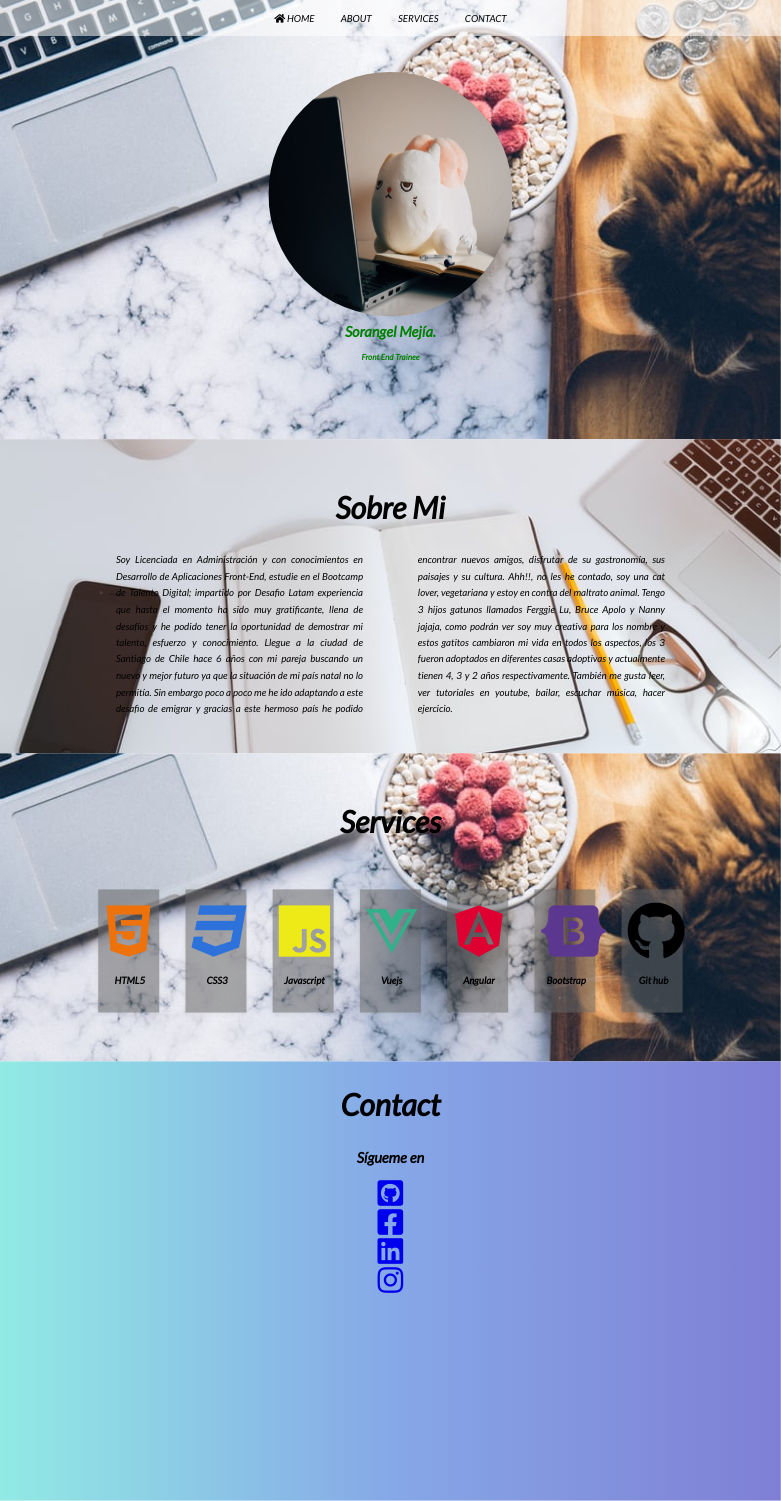
Repository: sory2311/portfolio-css
Page: index.html
The author's editor kept a copy of each file at every save. The page is drawn from the files as they stood at one save, then again after the next save.
The browser window is 1280 px wide. The pictures show the whole page, at 61% of full size.
Backgrounds fixed to the window are drawn as part of the page. Some web libraries are served in a nearby version.

Above is the page before, as saved 2021-05-27 18:05:54.

### index.html
<!DOCTYPE html>
<html lang="en">
  <head>
    <meta charset="UTF-8" />
    <meta name="viewport" content="width=device-width, initial-scale=1.0" />
    <title>Document</title>
    <link
      rel="stylesheet"
      href="https://cdnjs.cloudflare.com/ajax/libs/font-awesome/5.14.0/css/all.min.css"
    />
    <link
      href="https://fonts.googleapis.com/css2?family=Lato:ital@1&display=swap"
      rel="stylesheet"
    />
    <link rel="stylesheet" href="./css/style.css" />
  </head>

  <body>
    <nav class="sidebar">
      <a href="#home" class="sidebar-item"><i class="fas fa-home"></i> Home</a>
      <a href="#about" class="sidebar-item">About</a>
      <a href="#services" class="sidebar-item">Services</a>
      <a href="#contact" class="sidebar-item">Contact</a>
      <a href="javscript:void(0)" class="close"><i class="fa fa-times"></i></a>
    </nav>
    <a href="javscript:void(0)" class="open"><i class="fa fa-bars"></i></a>

    <!--aqui comienza el home-->
    <header id="home">
      <img src="./img/avatar2.jpeg" alt="Mi foto" class="avatar" />
      <h2 class="header-name">Sorangel Mejía.</h2>
      <h5 class="header-title">Front End Trainee</h5>
    </header>

    <!--aqui comienza el acerca de:-->
    <section id="about">
      <div class="container">
        <h1 class="section-title">Sobre Mi</h1>
        <p class="about-content">
          Soy Licenciada en Administración y con conocimientos en Desarrollo de Aplicaciones Front-End,
          estudie en el Bootcamp de Talento Digital; impartido por Desafio Latam
          experiencia que hasta el momento ha sido muy gratificante, llena de
          desafíos y he podido tener la oportunidad de demostrar mi
          talento, esfuerzo y conocimiento. Llegue a la ciudad de Santiago de Chile hace 6 años con mi pareja buscando un nuevo y mejor futuro
          ya que la situación de mi país natal no lo permitía. Sin embargo poco a poco me he ido adaptando a
          este desafio de emigrar y gracias a este hermoso país he podido encontrar nuevos amigos, disfrutar
          de su gastronomía, sus paisajes y su cultura.
          Ahh!!, no les he contado, soy una cat lover, vegetariana y estoy en contra del maltrato animal.
                    Tengo 3 hijos gatunos llamados Ferggie Lu, Bruce Apolo y Nanny jajaja, como podrán ver soy muy
                    creativa para los nombre y estos gatitos cambiaron mi vida en todos los aspectos, los 3
                    fueron
                    adoptados en diferentes casas adoptivas y actualmente tienen 4, 3 y 2 años respectivamente.
                    También me gusta leer, ver tutoriales en youtube, bailar, escuchar música, hacer
                    ejercicio.
        </p>
      </div>
    </section>
    <!--aqui comienza el servicios-->
    <section id="services">
      <div class="container">
        <h1 class="section-title">Services</h1>
        <div class="card">
          <i class="fab fa-html5 fa-6x icon-html5"></i>
          <div class="container">
            <h4 class="title">HTML5</h4>
          </div>
        </div>
        <div class="card">
          <i class="fab fa-css3 fa-6x icon-css3"></i>
          <div class="container">
            <h4 class="title">CSS3</h4>
          </div>
        </div>
        <div class="card">
          <i class="fab fa-js fa-6x icon-js"></i>
          <div class="container">
            <h4 class="title">Javascript</h4>

          </div>
        </div>
        <div class="card">
                <i class="fab fa-vuejs fa-6x icon-vuejs"></i>
                <div class="container">
                  <h4 class="title">Vuejs</h4>
                </div>
              </div>
              <div class="card">
                <i class="fab fa-angular fa-6x icon-angular"></i>
                <div class="container">
                  <h4 class="title">Angular</h4>

                </div>
              </div>
              <div class="card">
                    <i class="fab fa-bootstrap fa-6x icon-bootstrap"></i>
                    <div class="container">
                      <h4 class="title">Bootstrap</h4>

                    </div>
                  </div>
                  <div class="card">
                        <i class="fab fa-github fa-6x icon-github"></i>
                        <div class="container">
                          <h4 class="title">Git hub</h4>

                        </div>
                      </div>
      </div>
    </section>

    <!--aqui comienza el contacto-->
    <section id="contact">
      <div class="container">
        <h1 class="section-title">Contact</h1>

                  <div>
                      <h1 data-toggle="tooltip" data-placement="top" title="Mis Redes Sociales"><span>Sígueme en</span></h1>
                  </div>
                  <div class="col-sm-6 footer">

                          <div class="icons-footer">
                              <a href="https://github.com/sory2311/" target='_blank'><i
                                      class="fab fa-github-square fa-3x"></i></a>
                          </div>
                          <div class="icons-footer">
                              <a href="https://www.facebook.com/sory.mejiab/" target='_blank'><i
                                      class="fab fa-facebook-square fa-3x"></i></a>
                          </div>
                          <div class="icons-footer">
                              <a href="https://www.linkedin.com/in/sorangel-mejía-berrios-803b10107/" target='_blank'><i
                                      class="fab fa-linkedin fa-3x"></i></a>
                          </div>
                          <div class="icons-footer">
                              <a href="https://www.instagram.com/ferbrunny.2102/" target='_blank'><i
                                      class="fab fa-instagram fa-3x"></i></a>
                          </div>
                      </div>



      </div>
    </section>

    <script src="./js/main.js"></script>
  </body>
</html>

### css/style.css
body {
   margin: 0;
   font-family: 'Lato';
}
/* aqui comienza el SIDEBAR*/

.sidebar {
    background-color: #ffffff88;
    overflow: hidden;
    position: fixed;
    text-align: center;
    top: 0;
    width: 100%;
    z-index: 3;
}

.sidebar .sidebar-item {
    color: black;
    font-size: 1em;
    padding: 20px;
    margin: 0 auto;
    text-decoration: none;
    text-transform: uppercase;
    display: inline-block;
}

.sidebar .sidebar-item:hover {
    background-color: #cccccc;

}

.sidebar .close {
    color: black;
    display: none;
    font-size: 1em;
    padding: 10px;
    position: absolute;
    top: 0;
    right: 30px;

}
.sidebar .close:hover {
    color: #3e34cc;
}

.open {
    color: #3e34cc;
    display: none;
    font-size: 1em;
    position: absolute;
    right: 12%;
    padding: 10px;
    top: 0;
    z-index: 2;
}
/* aqui TERMINA el SIDEBAR*/

/* aqui COMIENZA el HOME*/

#home {
    width: 100%;
    height: 100vh;
    display: flex;
    flex-direction: column;
    justify-content: center;
    align-items: center;
    background-attachment: fixed;
    background-image: url(../img/fondo/fondo7.jpeg);
    background-position: center center;
    background-size: cover;
}

#home .avatar {
    border-radius: 200px;
    width:400px;
    height:400px;



}
#home .header-name, #home .header-title{
text-align: center;
margin: 10px;
color: green;
}

/* aqui Termina el HOME*/


/* ---------  aqui COMIENZA el ABOUT*/

#about {
    width: 100%;
    height: auto;
    text-align: center;
    background-attachment: fixed;
    background-image: url(../img/fondo/fondo4.jpeg);
    background-position: center center;
    background-size: cover;

}

#about .container {
    width: 100%;
    max-width: 1200px;
    margin: 0 auto;
    padding-top: 40px;
    padding-bottom: 40px;
}

#about .container .about-content{
    text-align: justify;
    column-count: 2;
    column-gap: 10%;
    margin: 20px auto;
    line-height: 1.7em;
    width: 75%;
}
/* ------------  aqui Termina el ABOUT    */


 /* LA SESION TITLE SE REFERIERE A TODOS NUESTROS H1*/
 .section-title {
     font-size: 50px;
     color: black;
     text-align: center;
 }
 /* LA SESION TITLE SE REFERIERE A TODOS NUESTROS H1*/


/* ------------  aqui COMIENZA el SERVICES   */

 #services {
     width: 100%;
     background-attachment: scroll;
     background-position: center center;
     background-size: cover;
     background-image: url(../img/fondo/fondo7.jpeg);
 }

 #services .container{
    width: 100%;
    max-width: 1200px;
    margin: 0 auto;
    text-align: center;
    padding-top: 40px;
    padding-bottom: 40px;
 }

 #services .container .card{
     background-color: #66666688;
     box-shadow: 0 4px 8px 0 #00000011;
     display: inline-block;
     margin: 40px 20px;
     padding: 20px 10px;
     width: 80px;
     text-align: center;
 }

 #services .container .card .container{
     padding: 2px;
     text-align: center;
 }

 #services .container .card .container h4,
 #services .container .card .container p {
    text-align: center;
    display: block;
 }

 #services .container .card .icon-html5 {
color: rgb(238, 114, 12)
 }

 #services .container .card .icon-css3 {
     color: rgb(45, 114, 218)
}
#services .container .card .icon-js {
    color: rgb(238, 234, 24)
}

#services .container .card .icon-vuejs {
    color: #31b189;
}

#services .container .card .icon-bootstrap {
    color: #5b3791fb;
}
#services .container .card .icon-angular {
    color: #DD0031;
}
/* ------------  aqui COMIENZA el CONTACTOS   */
#contact {
    width: 100%;
    height: auto;
    text-align: center;
    background-attachment: fixed;
    /*background-image: url(../img/fondo/fondo3.jpeg);
    background-position: center center;
    background-size: cover;*/
}

#contact .container {

    width: 100%;
    height: 100vh;
    background: #7F7FD5;  /* fallback for old browsers */
    background: -webkit-linear-gradient(to right, #91EAE4, #86A8E7, #7F7FD5);  /* Chrome 10-25, Safari 5.1-6 */
    background: linear-gradient(to right, #91EAE4, #86A8E7, #7F7FD5); /* W3C, IE 10+/ Edge, Firefox 16+, Chrome 26+, Opera 12+, Safari 7+ */

    text-align: center;
    float: left;

}



/*#contact .container .section-title {
    color: #ffffff;
}*/





/*PARA TRABAJAR CON MEDIA QUERIES*/

@media only screen and (min-width: 375px) and (max-width: 410px) {
    #home .avatar {
        width: 50%;
    }

    #about .container .about-content {
        text-align: justify;
        column-count: 1;
        margin: 20px auto;
        line-height: 1.7em;
        width: 75%;
    }
    #contact .container form {
        width: 75%;
        margin: 0 auto;
        text-align: center;
    }

    #contact .container form .form-input {
        background-color: #ffffff44;
        border: 0;
        border-bottom: 1px solid #fff;
        border-radius: 10px;
        color: #000;
        display: block;
        margin: 10px;
        padding: 10px;
        width: 100%;
    }

    #contact .container form .form-button {
        border: 3px solid #3e34cc88;
        border-radius: 10px;
        display: block;
        background-color: #000;
        padding: 20px;
        margin: 0 10px;
        width: 100%;
        color: #3e34cc88;
        text-transform: uppercase;
        font-size: .8em;
    }
}

@media only screen and (min-width: 411px) and (max-width: 767px) {
    .sidebar {
        background-color: #3e34cc;
        height: 100%;
        padding-top: 40px;
        position: fixed;
        overflow-x: hidden;
        text-align: center;
        top: 0;
        transition: .5s;
        width: 0;
        z-index: 3;
    }

    .sidebar .sidebar-item {
        padding: 10px 0;
        margin: 0 auto;
        text-decoration: none;
        color: #fff;
        font-size: .8em;
        text-transform: uppercase;
        display: block;
        transition: .5s;
    }

    .sidebar .close {
        display: block;
        z-index: 3;
    }

    .open {
        display: block;
        font-size: 1em;
        z-index: 2;
    }

    #home .avatar {
        width: 75%;
    }

    #about .container .about-content {
        text-align: justify;
        column-count: 1;
        margin: 20px auto;
        line-height: 1.7em;
        width: 75%;
    }



}

@media only screen and (min-width: 768px) and (max-width: 1024px) {

    .sidebar {
        background-color: #3e34cc;
        height: 100%;
        padding-top: 40px;
        position: fixed;
        overflow-x: hidden;
        text-align: center;
        top: 0;
        transition: .5s;
        width: 0;
        z-index: 3;
    }

    .sidebar .sidebar-item {
        padding: 10px 0;
        margin: 0 auto;
        text-decoration: none;
        color: #fff;
        font-size: .8em;
        text-transform: uppercase;
        display: block;
        transition: .5s;
    }

    .sidebar .close {
        display: block;
        z-index: 3;
    }

    .open {
        position: fixed;
        display: block;
        font-size: 1em;
        z-index: 2;
    }

    #home .avatar {
        width: 300px;
    }
}

Loaded but not shown: js/main.js (no copy from this time; the picture is the same without it)

After the next save:
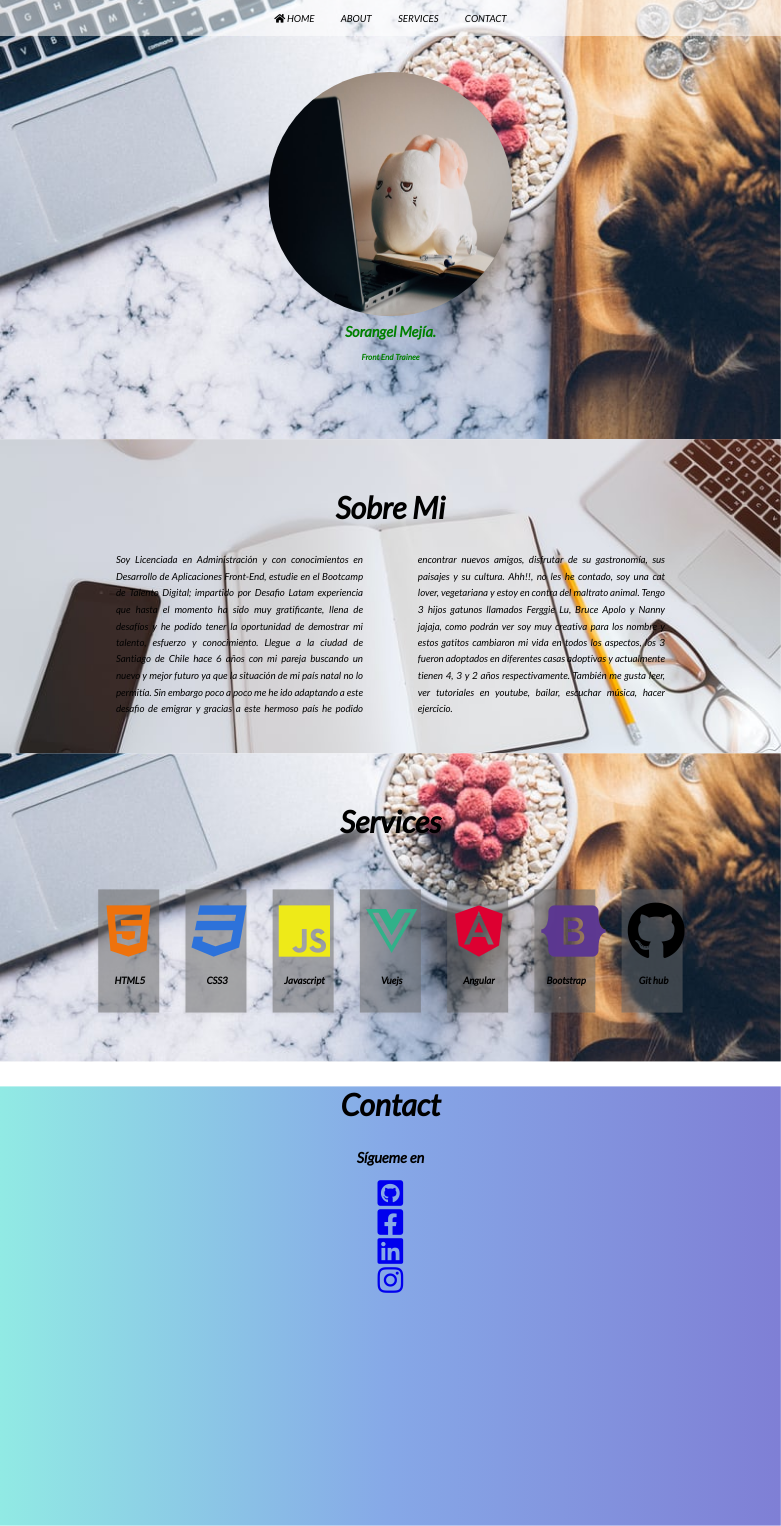
Saved 33 s later.
--- a/css/style.css
+++ b/css/style.css
@@ -207,9 +207,8 @@
     background: #7F7FD5;  /* fallback for old browsers */
     background: -webkit-linear-gradient(to right, #91EAE4, #86A8E7, #7F7FD5);  /* Chrome 10-25, Safari 5.1-6 */
     background: linear-gradient(to right, #91EAE4, #86A8E7, #7F7FD5); /* W3C, IE 10+/ Edge, Firefox 16+, Chrome 26+, Opera 12+, Safari 7+ */
-
-    text-align: center;
-    float: left;
+    text-align: center;
+
 
 }
 

After the save that followed:
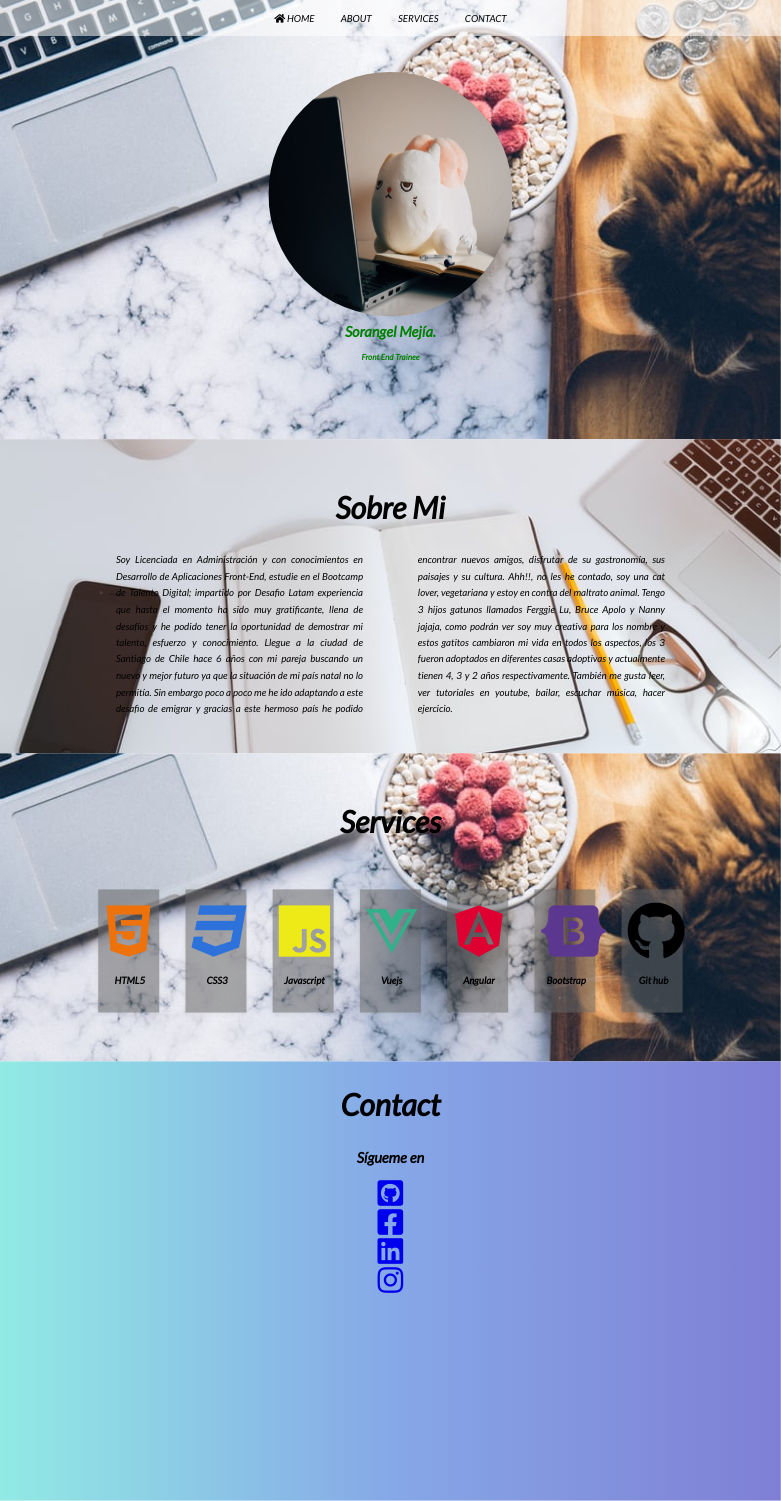
Saved 7 s later.
--- a/css/style.css
+++ b/css/style.css
@@ -208,7 +208,7 @@
     background: -webkit-linear-gradient(to right, #91EAE4, #86A8E7, #7F7FD5);  /* Chrome 10-25, Safari 5.1-6 */
     background: linear-gradient(to right, #91EAE4, #86A8E7, #7F7FD5); /* W3C, IE 10+/ Edge, Firefox 16+, Chrome 26+, Opera 12+, Safari 7+ */
     text-align: center;
-
+    float: left;
 
 }
 
